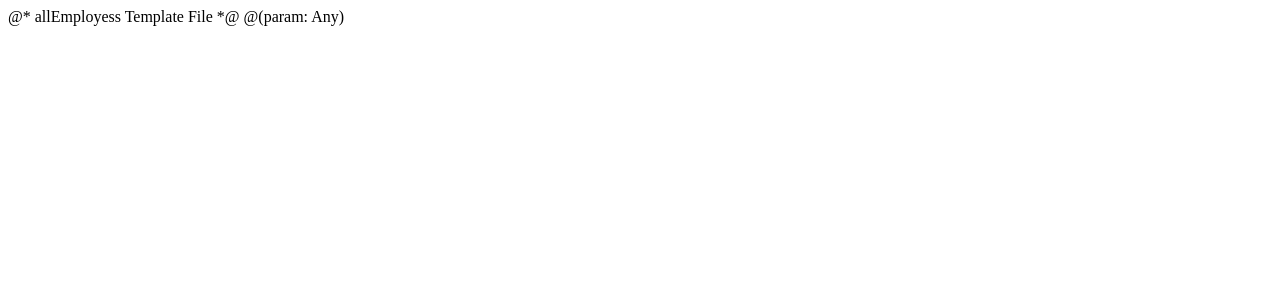
Repository: PoonamDeokar/SalesTool
Page: CrudDemo/app/views/allEmployess.scala.html
The author's editor kept a copy of each file at every save. The page is drawn from the files as they stood at one save, then again after the next save.
The browser window is 1280 px wide. The pictures show the whole page.

Above is the page before, as saved 2016-09-16 09:18:45.

After the next save:
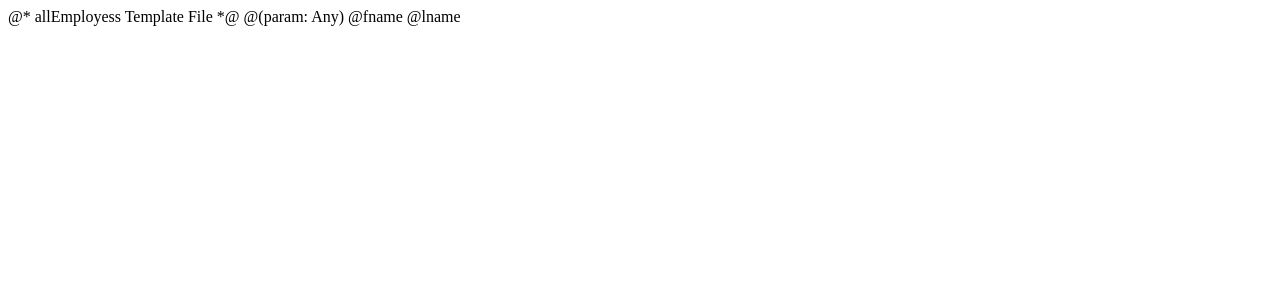
Saved 38 s later.
--- a/CrudDemo/app/views/allEmployess.scala.html
+++ b/CrudDemo/app/views/allEmployess.scala.html
@@ -1,2 +1,4 @@
 @* allEmployess Template File *@
 @(param: Any)
+@fname
+@lname

After the save that followed:
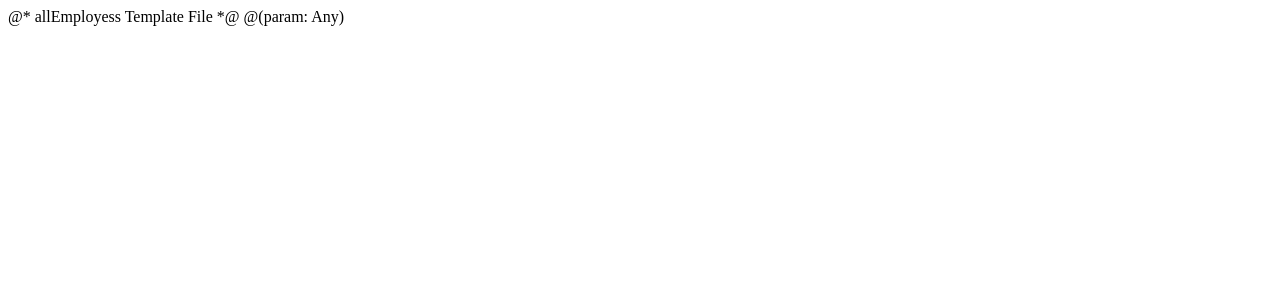
Saved 35 s later.
--- a/CrudDemo/app/views/allEmployess.scala.html
+++ b/CrudDemo/app/views/allEmployess.scala.html
@@ -1,4 +1,2 @@
 @* allEmployess Template File *@
 @(param: Any)
-@fname
-@lname
